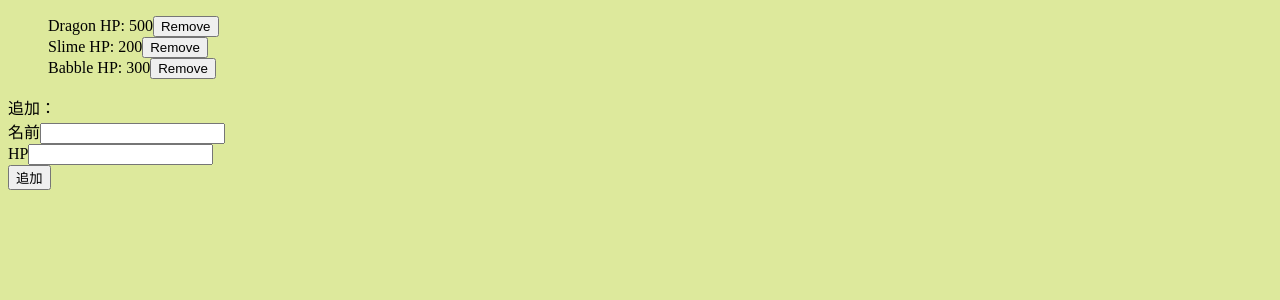
Repository: minoto9/vue_tutorial
Page: sampler/index.html
The author's editor kept a copy of each file at every save. The page is drawn from the files as they stood at one save, then again after the next save.
The browser window is 1280 px wide. The pictures show the whole page.

Above is the page before, as saved 2019-07-10 21:30:46.

After the next save:
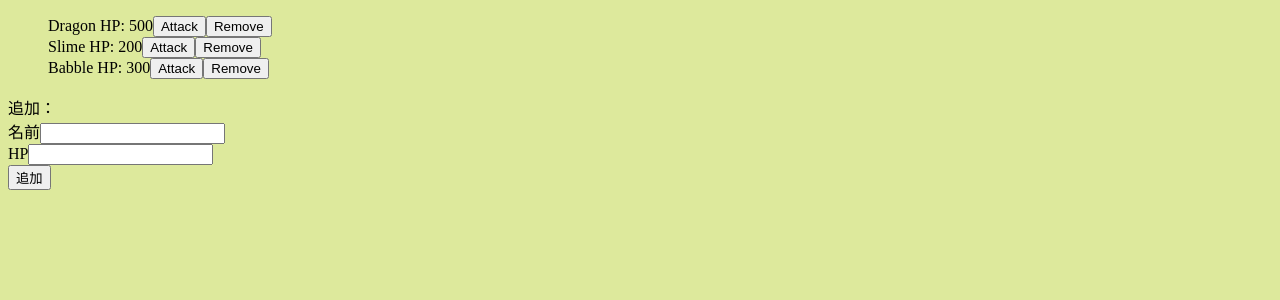
Saved 53 s later.
--- a/sampler/index.html
+++ b/sampler/index.html
@@ -11,7 +11,7 @@
 <body>
     <div id="app">
         <ul>
-            <li v-for="(item, index) in list" v-bind:key="item.id" v-bind:class="{warn: item.hp <= item.hp / 10}">{{ item.name }}  HP: {{ item.hp }}<button v-on:click="doRemove(index)">Remove</button></li>
+            <li v-for="(item, index) in list" v-bind:key="item.id" v-bind:class="{warn: item.hp <= item.hp / 10}">{{ item.name }}  HP: {{ item.hp }}<button v-on:click="doAttack">Attack</button><button v-on:click="doRemove(index)">Remove</button></li>
         </ul>
         <!-- <table>
             <tr v-for="item in list" v-bind:key="item.id">
